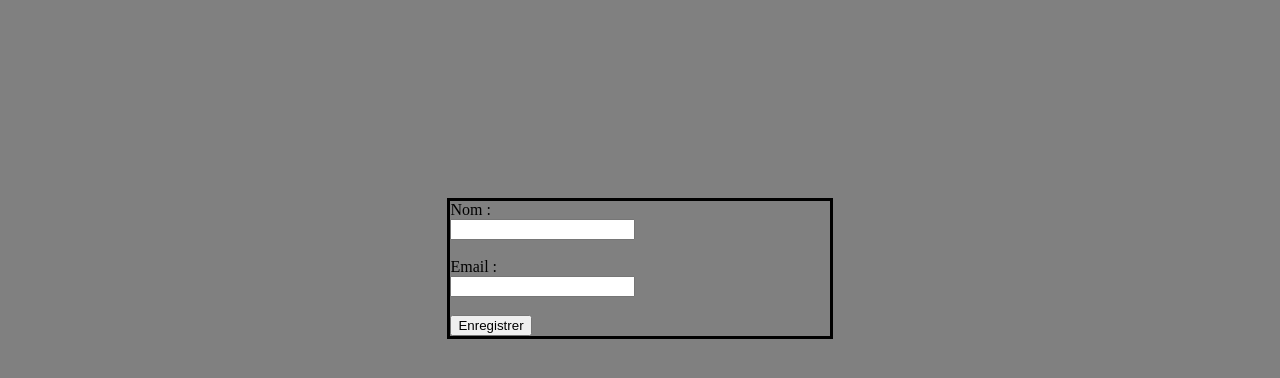
Repository: Haidara-97/TPJEE
Page: http://localhost/AppTest/
The author's editor kept a copy of each file at every save. The page is drawn from the files as they stood at one save, then again after the next save.
The browser window is 1280 px wide. The pictures show the whole page.
The page is served by Tomcat 9.

Above is the page before, as saved 2025-06-18 14:04:28.

After the next save:
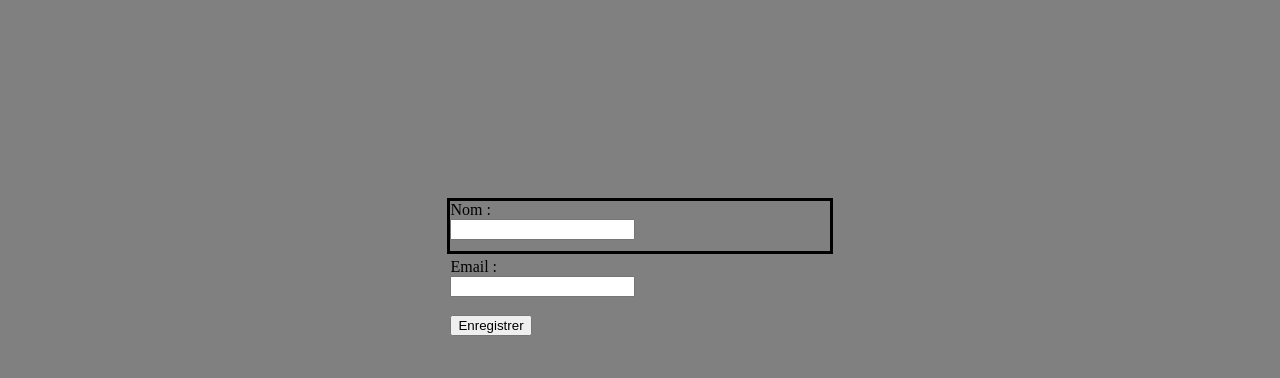
Saved 4 min 49 s later.
--- a/AppTest/src/main/webapp/index.jsp
+++ b/AppTest/src/main/webapp/index.jsp
@@ -16,7 +16,7 @@ margin :auto;
 margin-top:15%;
 border: solid;
 width:30%;
-height: 50%;
+height: 50px;
 }
 </style>
 </head>
